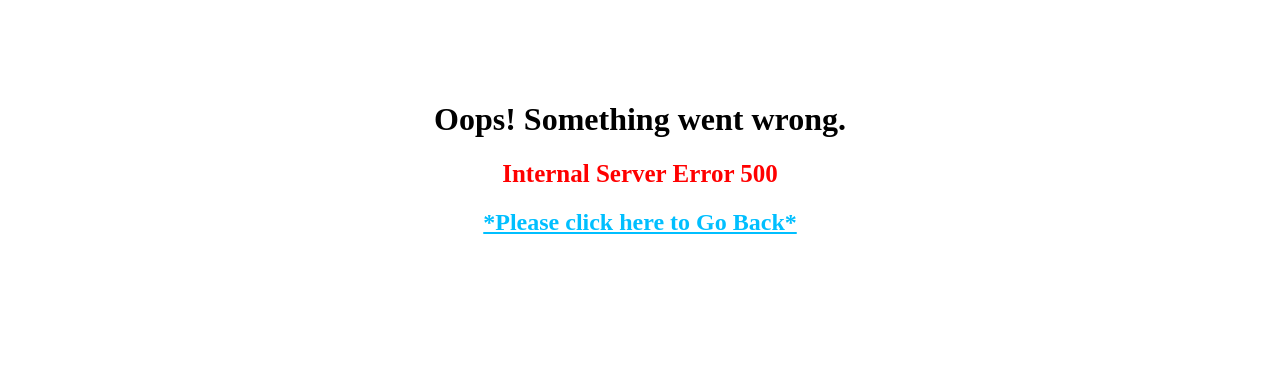
Repository: rish1208/Advance_java
Page: http://localhost/Advance-java-project/LoginView.jsp
An editor plug-in stored every save of this project. The page is shown before and after the next save, followed by the edit.
The browser window is 1280 px wide. The pictures show the whole page.
The page is served by Tomcat 9.

Above is the page before, as saved 2024-04-06 08:04:54.

After the next save:
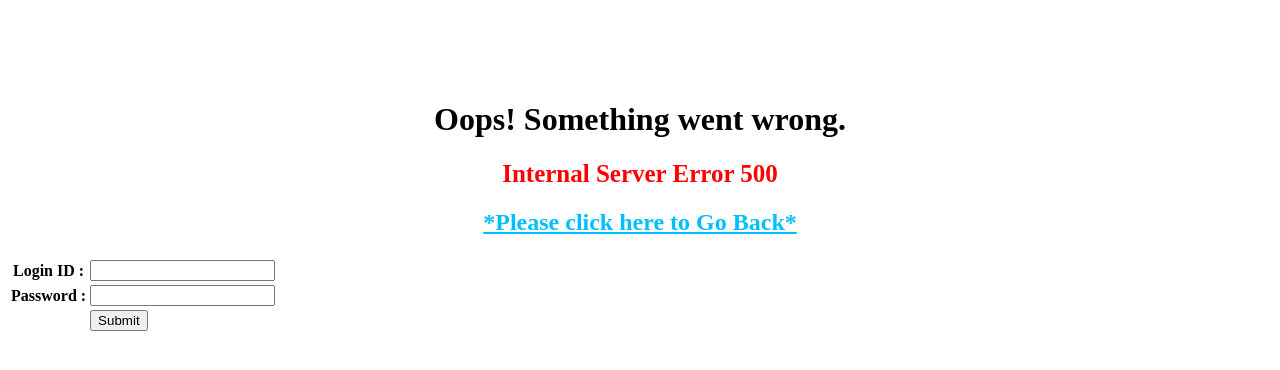
Saved 29 s later.
--- a/Advance java Workspace/Advance-java-project/WebContent/LoginView.jsp
+++ b/Advance java Workspace/Advance-java-project/WebContent/LoginView.jsp
@@ -1,5 +1,3 @@
-
-<%@ page isErrorPage="true"%>
 <%@ page language="java" contentType="text/html; charset=ISO-8859-1"
 	pageEncoding="ISO-8859-1"%>
 <!DOCTYPE html>
@@ -9,18 +7,35 @@
 <title>Insert title here</title>
 </head>
 <body>
-	<br>
-	<br>
-	<br>
-	<br>
-	<div align="center">
-		<h1 align="center">Oops! Something went wrong.</h1>
-		<font style="color: red; font-size: 25px"><b>Internal
-				Server Error 500</b></font>
+	<%
+		String msg = (String) request.getAttribute("msg");
+	%>
 
-	</div>
-	<h4 align="center">
-		<font size="5px" color="black"> <a href="Welcome.jsp"
-			style="color: deepskyblue;">*Please click here to Go Back*</a></font>
-	</h4>
+	<%@include file="Header.jsp"%>
+	<form action="LoginCtl" method="post">
+
+		<%
+			if (msg != null) {
+		%>
+		<%=msg%>
+		<%
+			}
+		%>
+
+		<table>
+			<tr>
+				<th>Login ID :</th>
+				<td><input type="text" name="loginId"></td>
+			</tr>
+			<tr>
+				<th>Password :</th>
+				<td><input type="text" name="password"></td>
+			</tr>
+			<tr>
+				<th></th>
+				<td><input type="submit"></td>
+			</tr>
+		</table>
+	</form>
+</body>
 </html>
